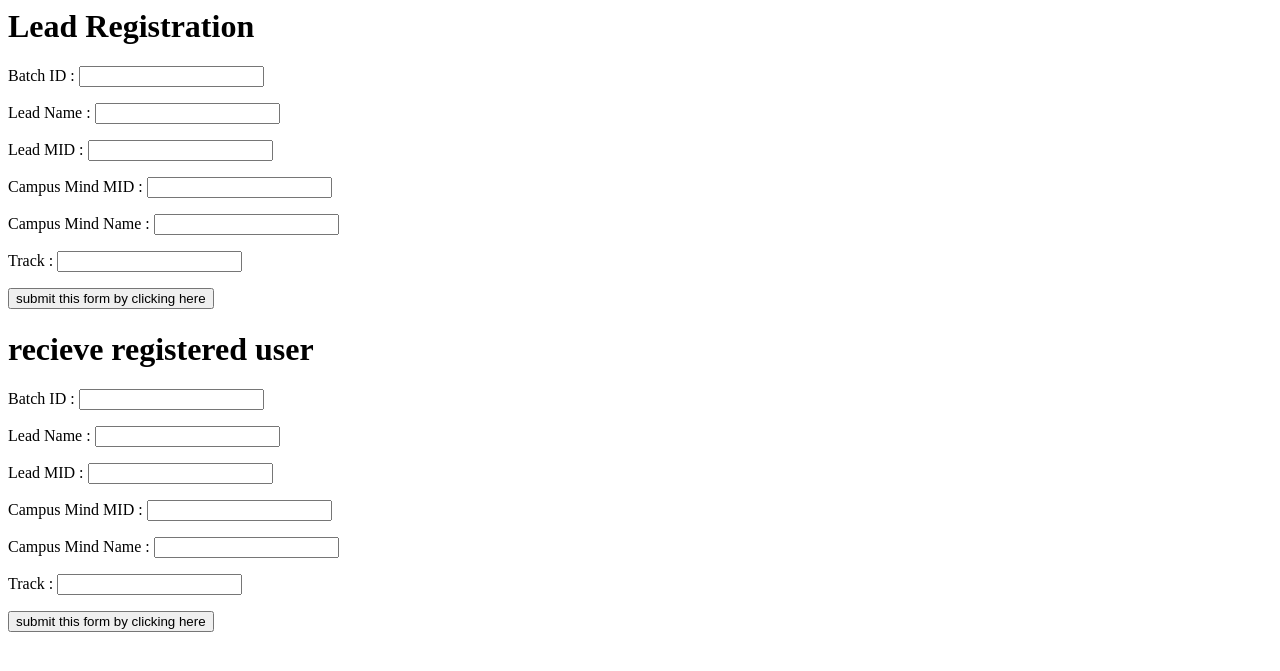
Repository: nikhilbalyan/EAI_BPM_ALL_Projects
Page: http://localhost/Spring_MVC_Hibernate/WEB-INF/pages/RegisterLead.jsp
The author's editor kept a copy of each file at every save. The page is drawn from the files as they stood at one save, then again after the next save.
The browser window is 1280 px wide. The pictures show the whole page.
The page is served by Tomcat 9. Nobody is signed in. Other server files are loaded and not shown. The template is opened directly, without the code that normally fills it, so the values that code supplies are empty.

Above is the page before, as saved 2017-12-19 06:26:58.

### Spring_MVC_Hibernate/WebContent/WEB-INF/pages/RegisterLead.jsp
<%-- <%@ page language="java" contentType="text/html; charset=ISO-8859-1"
    pageEncoding="ISO-8859-1"%>
<!DOCTYPE html PUBLIC "-//W3C//DTD HTML 4.01 Transitional//EN" "http://www.w3.org/TR/html4/loose.dtd"> --%>
<html>
<!-- <head>
<meta http-equiv="Content-Type" content="text/html; charset=ISO-8859-1">
<title>Insert title here</title>
</head> -->
<body>
	<h1>Lead Registration</h1>

	<form action="/Spring_MVC_Hibernate/controller/RegisterUser"
		method="post">
		<p>
			Batch ID : <input type="text" name="batchID" />
		</p>

		<p>
			Lead Name : <input type="text" name="leadName" />
		</p>

		<p>
			Lead MID : <input type="text" name="leadMID" />
		</p>

		<p>
			Campus Mind MID : <input type="text" name="campusMindMID" />
		</p>

		<p>
			Campus Mind Name : <input type="text" name="campusMindName" />
		</p>

		<p>
			Track : <input type="text" name="Track" />
		</p>

		<input type="submit" value="submit this form by clicking here" />
	</form>

	<h1>recieve registered user</h1>
	<!-- second form is here -->
	<form action="/Spring_MVC_Hibernate/controller/RegisterUser"
		method="post">
		<p>
			Batch ID : <input type="text" name="batchID" />
		</p>

		<p>
			Lead Name : <input type="text" name="leadName" />
		</p>

		<p>
			Lead MID : <input type="text" name="leadMID" />
		</p>

		<p>
			Campus Mind MID : <input type="text" name="campusMindMID" />
		</p>

		<p>
			Campus Mind Name : <input type="text" name="campusMindName" />
		</p>

		<p>
			Track : <input type="text" name="Track" />
		</p>

		<input type="submit" value="submit this form by clicking here" />
	</form>


</body>
</html>

After the next save:
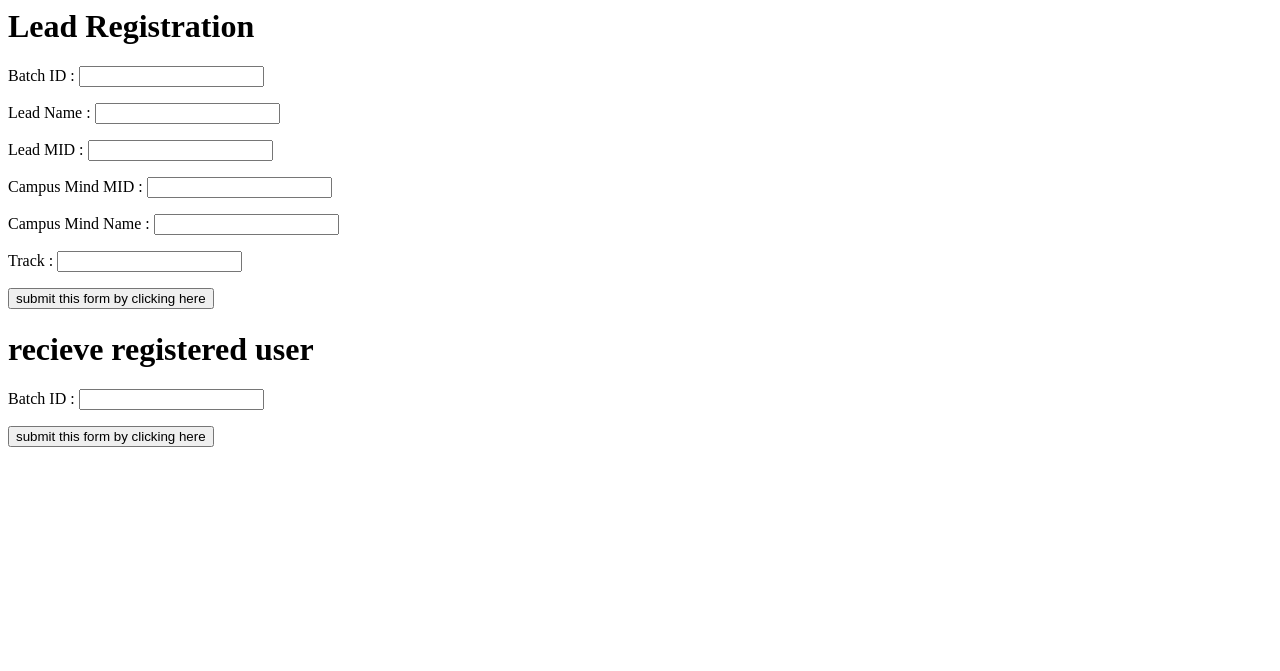
Saved 19 s later.
--- a/Spring_MVC_Hibernate/WebContent/WEB-INF/pages/RegisterLead.jsp
+++ b/Spring_MVC_Hibernate/WebContent/WEB-INF/pages/RegisterLead.jsp
@@ -46,26 +46,6 @@
 			Batch ID : <input type="text" name="batchID" />
 		</p>
 
-		<p>
-			Lead Name : <input type="text" name="leadName" />
-		</p>
-
-		<p>
-			Lead MID : <input type="text" name="leadMID" />
-		</p>
-
-		<p>
-			Campus Mind MID : <input type="text" name="campusMindMID" />
-		</p>
-
-		<p>
-			Campus Mind Name : <input type="text" name="campusMindName" />
-		</p>
-
-		<p>
-			Track : <input type="text" name="Track" />
-		</p>
-
 		<input type="submit" value="submit this form by clicking here" />
 	</form>
 
